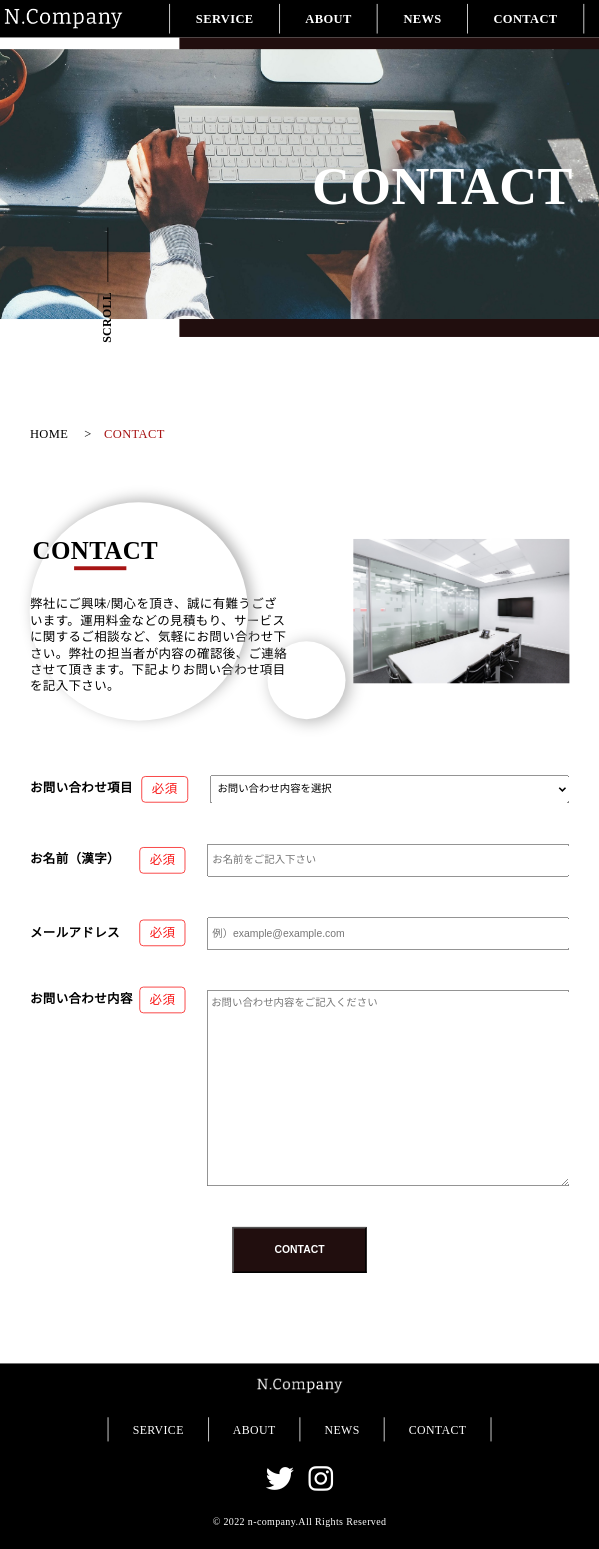
Repository: nozomi-23/hp2_test
Page: html/contact.html
The author's editor kept a copy of each file at every save. The page is drawn from the files as they stood at one save, then again after the next save.
The browser window is 768 px wide. The pictures show the whole page, at 78% of full size.
Some web fonts or font styles are not loaded; a fallback is used. Some web libraries are served in a nearby version.

Above is the page before, as saved 2022-06-26 23:24:08.

After the next save:
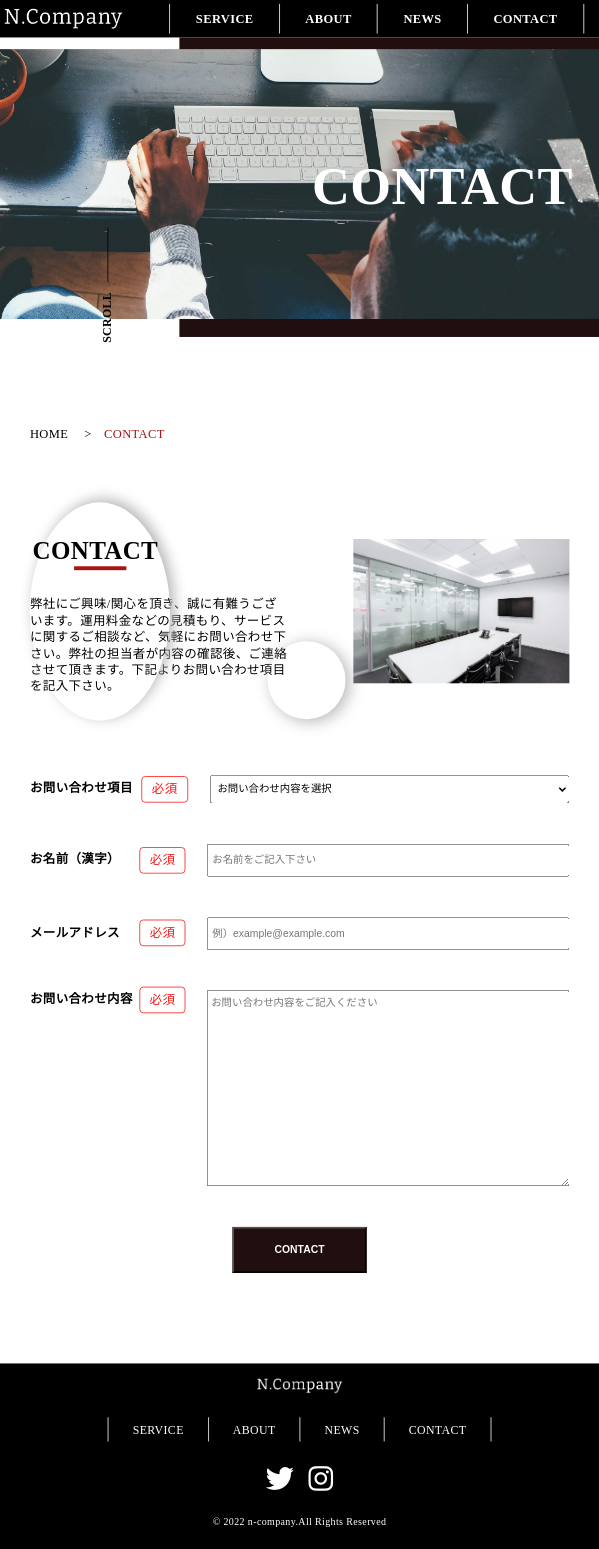
Saved 4 s later.
--- a/css/contact.css
+++ b/css/contact.css
@@ -152,6 +152,7 @@ contact form
 ========================*/
 @media screen and (max-width: 768px) {
   .contact_intro_wrapper::before  {
-    w
+    width: 180px;
+
   }
 }
